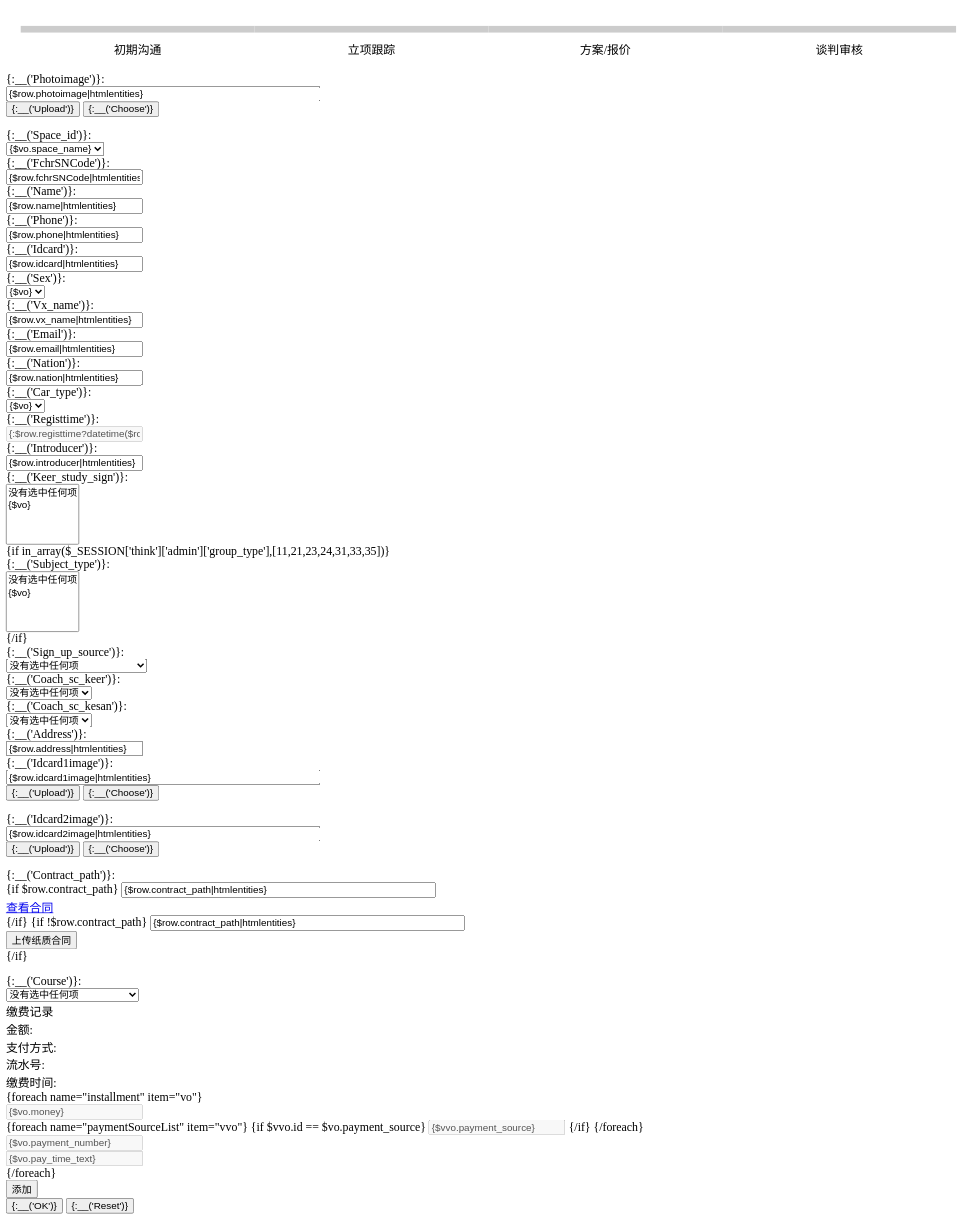
Repository: Akarin-Akari/xiaomaguantest
Page: application/admin/view/studentconfig/student/edit.html
These files come from the project's save history. The page is drawn as it stood at one moment and after the next save; the edit follows.
The browser window is 1280 px wide. The page is 1312 px wide, so the pictures cover 1312 px, including what lies to the right of the window. The pictures show the whole page, at 74% of full size.

Above is the page before, as saved 2024-01-23 18:47:08.
Console error: ReferenceError: $length is not defined

After the next save:
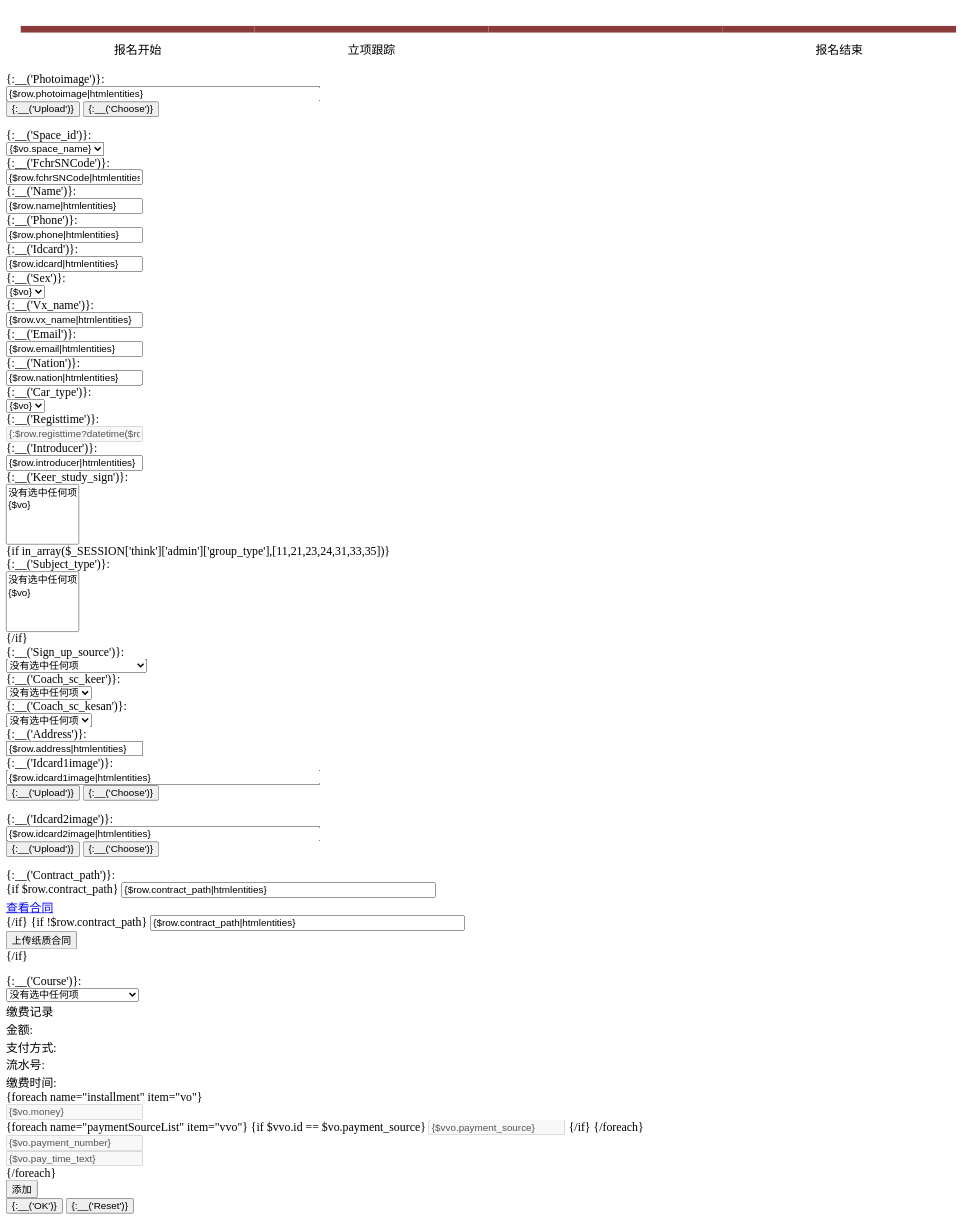
Saved 85 s later.
--- a/application/admin/view/studentconfig/student/edit.html
+++ b/application/admin/view/studentconfig/student/edit.html
@@ -30,7 +30,7 @@
         width: 100%;
         height: 9px;
         margin-top: 7px;
-        background-color: #cccccc;
+        background-color: #8b3b3b;
     }
 </style>
 <form id="edit-form" class="form-horizontal" role="form" data-toggle="validator" method="POST" action="">
@@ -44,7 +44,7 @@
                     <div class="step-line"></div>
                 </div>
                 <div class="step-text">
-                    <span>初期沟通</span>
+                    <span>报名开始</span>
                 </div>
             </div>
             <!-- 第二部分 -->
@@ -62,7 +62,7 @@
                     <div class="step-line"></div>
                 </div>
                 <div class="step-text">
-                    <span>方案/报价</span>
+                    <span></span>
                 </div>
             </div>
             <!-- 第四部分 -->
@@ -71,7 +71,7 @@
                     <div class="step-line"></div>
                 </div>
                 <div class="step-text">
-                    <span>谈判审核</span>
+                    <span>报名结束</span>
                 </div>
             </div>
         </div>
